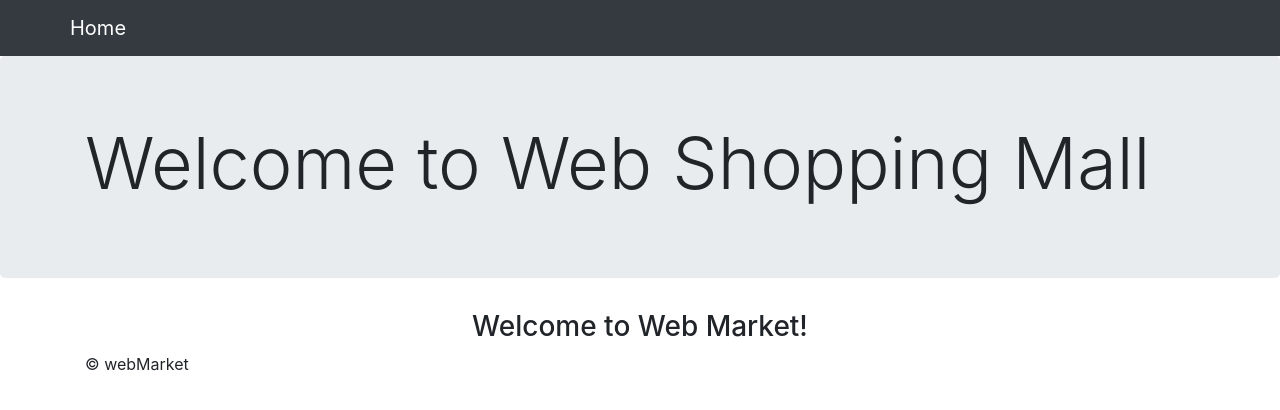
Repository: ekslffh/jsp-project
Page: http://localhost/WebMarket/welcome.jsp
An editor plug-in stored every save of this project. The page is shown before and after the next save, followed by the edit.
The browser window is 1280 px wide. The pictures show the whole page.
The page is served by Tomcat 9.

Above is the page before, as saved 2022-07-01 15:05:34.

After the next save:
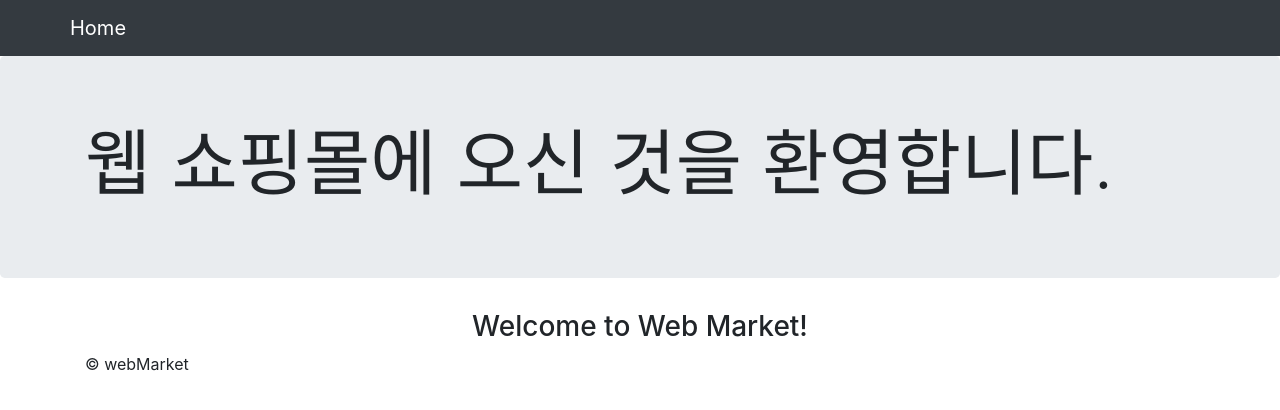
Saved 4 min 55 s later.
--- a/WebMarket/src/main/webapp/welcome.jsp
+++ b/WebMarket/src/main/webapp/welcome.jsp
@@ -1,3 +1,4 @@
+<%@ page contentType="text/html; charset=UTF-8" %>
 <html>
 <head>
 <link rel = "stylesheet"
@@ -15,7 +16,7 @@
 		</div>
 	</nav>
 	<%!
-		String greeting = "Welcome to Web Shopping Mall";
+		String greeting = "웹 쇼핑몰에 오신 것을 환영합니다.";
 		String tagline = "Welcome to Web Market!";
 	%>
 	<div class = "jumbotron">
